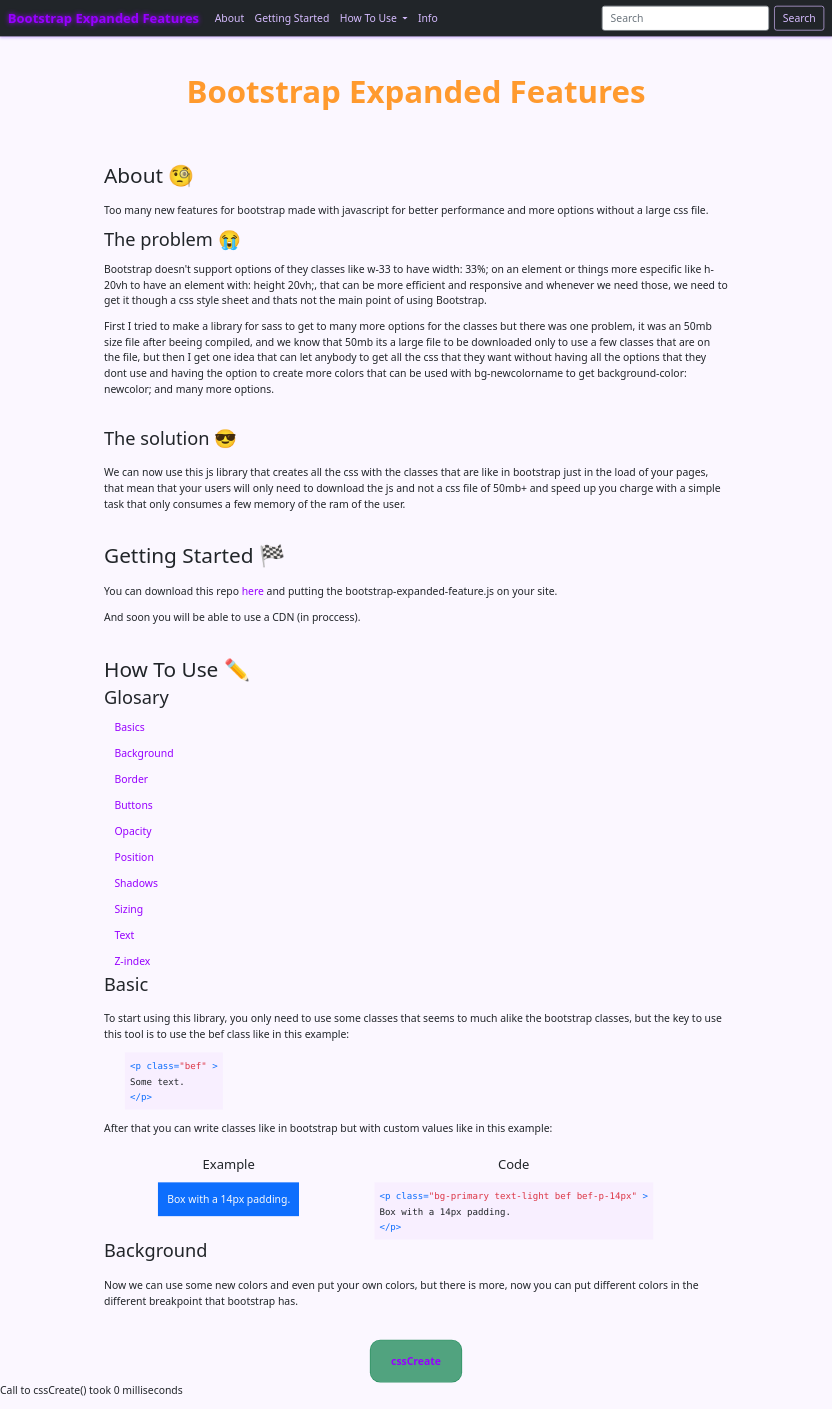
Repository: LynxPardelle/bootstrap-expanded-features
Page: index.html
The author's editor kept a copy of each file at every save. The page is drawn from the files as they stood at one save, then again after the next save.
The browser window is 1280 px wide. The pictures show the whole page, at 65% of full size.

Above is the page before, as saved 2022-01-02 05:42:29.

### index.html
<!DOCTYPE html>
<html lang="es">
  <head>
    <meta charset="UTF-8" />
    <meta http-equiv="X-UA-Compatible" content="IE=edge" />
    <meta name="viewport" content="width=device-width, initial-scale=1.0" />
    <title>Bootstrap Expanded Features</title>
    <link
      href="https://cdn.jsdelivr.net/npm/bootstrap@5.1.3/dist/css/bootstrap.min.css"
      rel="stylesheet"
      integrity="sha384-1BmE4kWBq78iYhFldvKuhfTAU6auU8tT94WrHftjDbrCEXSU1oBoqyl2QvZ6jIW3"
      crossorigin="anonymous"
    />
    <link rel="stylesheet" href="./style.css" />
  </head>
  <body class="bef bef-bg-futurePop__OPA__0_03">
    <header>
      <nav
        class="
          navbar navbar-expand-lg navbar-dark
          bg-dark
          align-items-center
          bef
          bef-boxShadow-0px__2px__4px__lavender
          position-fixed
          top-0
          w-100
        "
      >
        <div class="container-fluid">
          <a
            class="
              navbar-brand
              bef bef-text-futurePop
              fw-bolder
              bef-textShadow-0px__0px__8px__futurePop
            "
            href="#"
            >Bootstrap Expanded Features</a
          >
          <button
            class="navbar-toggler"
            type="button"
            data-bs-toggle="collapse"
            data-bs-target="#navbarSupportedContent"
            aria-controls="navbarSupportedContent"
            aria-expanded="false"
            aria-label="Toggle navigation"
          >
            <span class="navbar-toggler-icon"></span>
          </button>
          <div class="collapse navbar-collapse" id="navbarSupportedContent">
            <ul class="navbar-nav me-auto mb-lg-0">
              <li class="nav-item">
                <a class="nav-link bef bef-text-lavender" href="#about"
                  >About</a
                >
              </li>
              <li class="nav-item">
                <a
                  class="nav-link bef bef-text-lavender"
                  href="#getting_started"
                  >Getting Started</a
                >
              </li>
              <li class="nav-item dropdown">
                <a
                  class="nav-link bef bef-text-lavender dropdown-toggle"
                  href="#howToUse"
                  id="navbarDropdown"
                  role="button"
                  data-bs-toggle="dropdown"
                  aria-expanded="false"
                >
                  How To Use
                </a>
                <ul
                  class="dropdown-menu dropdown-menu-dark"
                  aria-labelledby="navbarDropdown"
                >
                  <li>
                    <a class="dropdown-item bef bef-text-lavender" href="#"
                      >Action</a
                    >
                  </li>
                  <li>
                    <a class="dropdown-item bef bef-text-lavender" href="#"
                      >Another action</a
                    >
                  </li>
                  <li><hr class="dropdown-divider" /></li>
                  <li>
                    <a class="dropdown-item bef bef-text-lavender" href="#"
                      >Something else here</a
                    >
                  </li>
                </ul>
              </li>
              <li class="nav-item">
                <a class="nav-link bef bef-text-lavender" href="#Info">Info</a>
              </li>
            </ul>
            <form class="d-flex">
              <input
                id="searchInput"
                class="form-control me-2"
                type="search"
                placeholder="Search"
                aria-label="Search"
              />
              <button class="btn bef bef-btnOutline-lavender">Search</button>
            </form>
          </div>
        </div>
      </nav>

      <h1
        class="
          text-center
          d-block
          bef bef-w-85vw bef-w-md-75vw bef-fs-2rem bef-fs-md-3rem
          bef-m-7rem__auto__5rem
          bef-text-summer
          fw-bolder
        "
      >
        Bootstrap Expanded Features
      </h1>
    </header>

    <div>
      <main class="bef bef-w-85vw bef-wmx-1000px bef-w-md-75vw mx-auto">
        <!-- ABOUT -->
        <section>
          <a id="about"></a>
          <h2>About 🧐</h2>
          <article>
            <p class="mt-4 mb-3 text-start">
              Too many new features for bootstrap made with javascript for
              better performance and more options without a large css file.
            </p>
          </article>
          <!-- THE_PROBLEM -->
          <article>
            <h3>The problem 😭</h3>
            <p class="my-3 text-start">
              Bootstrap doesn't support options of they classes like w-33 to
              have width: 33%; on an element or things more especific like
              h-20vh to have an element with: height 20vh;, that can be more
              efficient and responsive and whenever we need those, we need to
              get it though a css style sheet and thats not the main point of
              using Bootstrap.
            </p>
            <p class="mt-3 mb-5 text-start">
              First I tried to make a library for sass to get to many more
              options for the classes but there was one problem, it was an 50mb
              size file after beeing compiled, and we know that 50mb its a large
              file to be downloaded only to use a few classes that are on the
              file, but then I get one idea that can let anybody to get all the
              css that they want without having all the options that they dont
              use and having the option to create more colors that can be used
              with bg-newcolorname to get background-color: newcolor; and many
              more options.
            </p>
          </article>
          <!-- THE_SOLUTION -->
          <article>
            <h3>The solution 😎</h3>
            <p class="mt-4 mb-5 text-start">
              We can now use this js library that creates all the css with the
              classes that are like in bootstrap just in the load of your pages,
              that mean that your users will only need to download the js and
              not a css file of 50mb+ and speed up you charge with a simple task
              that only consumes a few memory of the ram of the user.
            </p>
          </article>
        </section>
        <!-- GETTING_STARTED -->
        <section>
          <a id="getting_started"></a>
          <h2>Getting Started 🏁</h2>
          <article>
            <p class="mt-4 mb-3 text-start bef bef-link-futurePop">
              You can download this repo
              <a
                class="text-decoration-none"
                href="https://github.com/LynxPardelle/bootstrap-expanded-features.git"
                target="_blank"
                >here</a
              >
              and putting the bootstrap-expanded-feature.js on your site.
            </p>
            <p class="mt-3 mb-5 text-start bef bef-link-futurePop">
              And soon you will be able to use a CDN (in proccess).
            </p>
          </article>
        </section>
        <!-- HOW_TO_USE -->
        <section>
          <a id="howToUse"></a>
          <h2>How To Use ✏️</h2>
          <article>
            <h3>Glosary</h3>
            <ul class="nav flex-column bef bef-link-futurePop">
              <li class="nav-item">
                <a class="nav-link" href="#basicHTU">Basics</a>
              </li>
              <li class="nav-item">
                <a class="nav-link" href="#backgroundHTU">Background</a>
              </li>
              <li class="nav-item">
                <a class="nav-link" href="#borderHTU">Border</a>
              </li>
              <li class="nav-item">
                <a class="nav-link" href="#buttonsHTU">Buttons</a>
              </li>
              <li class="nav-item">
                <a class="nav-link" href="#opacityHTU">Opacity</a>
              </li>
              <li class="nav-item">
                <a class="nav-link" href="#positionHTU">Position</a>
              </li>
              <li class="nav-item">
                <a class="nav-link" href="#shadowsHTU">Shadows</a>
              </li>
              <li class="nav-item">
                <a class="nav-link" href="#sizingHTU">Sizing</a>
              </li>
              <li class="nav-item">
                <a class="nav-link" href="#textHTU">Text</a>
              </li>
              <li class="nav-item">
                <a class="nav-link" href="#zIndexHTU">Z-index</a>
              </li>
            </ul>
          </article>
          <!-- BASICHTU -->
          <article>
            <a id="basicHTU"></a>
            <h3>Basic</h3>
            <p class="mt-4 mb-3 text-start bef bef-link-futurePop">
              To start using this library, you only need to use some classes
              that seems to much alike the bootstrap classes, but the key to use
              this tool is to use the bef class like in this example:
            </p>
            <p class="d-inline-block p-2 bef bef-m-0rem__2rem bef-bg-futurePop__OPA__0_03">
              <code class="text-dark">
                <span class="text-primary">
                  &#60;p class=<span class="text-danger">"bef"</span> &#62;
                </span>
                <br />
                <span>
                  Some text.
                </span>
                <br />
                <span class="text-primary">
                  &#60;&#47;p&#62;
                </span>
              </code>
            </p>
            <p class="mt-3 mb-3 text-start bef bef-link-futurePop">
              After that you can write classes like in bootstrap but with custom values like in this example:
            </p>
            <div class="d-flex justify-content-evenly">
              <div>
                <h5 class="text-center my-3">Example</h5>
                <p class="bg-primary text-light bef bef-p-14px">
                  Box with a 14px padding.
                </p>
              </div>
              <div>
                <h5 class="text-center my-3">Code</h5>
                <p class="d-inline-block p-2 bef bef-m-0rem__2rem bef-bg-futurePop__OPA__0_03">
                  <code class="text-dark">
                    <span class="text-primary">
                      &#60;p class=<span class="text-danger">"bg-primary text-light bef bef-p-14px"</span> &#62;
                    </span>
                    <br />
                    <span>
                      Box with a 14px padding.
                    </span>
                    <br />
                    <span class="text-primary">
                      &#60;&#47;p&#62;
                    </span>
                  </code>
                </p>
              </div>

            </div>
          </article>
          <article>
            <a id="backgroundHTU"></a>
            <h3>Background</h3>
            <p class="mt-4 mb-5 text-start bef bef-link-futurePop">
              Now we can use some new colors and even put your own colors, but
              there is more, now you can put different colors in the different
              breakpoint that bootstrap has.
            </p>
          </article>
        </section>
      </main>
      <aside></aside>
    </div>

    <footer>
      <a id="#info"></a>
      <button
        class="
          btn
          bef
          bef-btn-success__OPA__0_75
          bef-text-futurePop
          fw-bold
          d-block
          mx-auto
          bef-p-1_25rem__2rem
          bef-rounded-1rem
        "
        onclick="cssCreate()"
      >
        cssCreate
      </button>

      <div id="befTimer"></div>
    </footer>

    <!-- TABS
      <nav>
              <div class="nav nav-tabs" id="nav-tab" role="tablist">
                <button
                  class="
                    nav-link
                    active
                    bef bef-text-futurePop bef-textHover-lavender
                    bef-bg-futurePop__OPA__0_03
                  "
                  id="nav-background-tab"
                  data-bs-toggle="tab"
                  data-bs-target="#nav-background"
                  type="button"
                  role="tab"
                  aria-controls="nav-background"
                  aria-selected="false"
                >
                  Background
                </button>
                <button
                  class="
                    nav-link
                    bef bef-text-dark bef-textHover-lavender
                    bef-bg-futurePop__OPA__0
                  "
                  id="nav-border-tab"
                  data-bs-toggle="tab"
                  data-bs-target="#nav-border"
                  type="button"
                  role="tab"
                  aria-controls="nav-border"
                  aria-selected="false"
                >
                  Border
                </button>
                <button
                  class="
                    nav-link
                    bef bef-text-dark bef-textHover-lavender
                    bef-bg-futurePop__OPA__0
                  "
                  id="nav-buttons-tab"
                  data-bs-toggle="tab"
                  data-bs-target="#nav-buttons"
                  type="button"
                  role="tab"
                  aria-controls="nav-buttons"
                  aria-selected="false"
                >
                  Buttons
                </button>
                <button
                  class="
                    nav-link
                    bef bef-text-dark bef-textHover-lavender
                    bef-bg-futurePop__OPA__0
                  "
                  id="nav-opacity-tab"
                  data-bs-toggle="tab"
                  data-bs-target="#nav-opacity"
                  type="button"
                  role="tab"
                  aria-controls="nav-opacity"
                  aria-selected="false"
                >
                  Opacity
                </button>
                <button
                  class="
                    nav-link
                    bef bef-text-dark bef-textHover-lavender
                    bef-bg-futurePop__OPA__0
                  "
                  id="nav-position-tab"
                  data-bs-toggle="tab"
                  data-bs-target="#nav-position"
                  type="button"
                  role="tab"
                  aria-controls="nav-position"
                  aria-selected="false"
                >
                  Position
                </button>
                <button
                  class="
                    nav-link
                    bef bef-text-dark bef-textHover-lavender
                    bef-bg-futurePop__OPA__0
                  "
                  id="nav-shadows-tab"
                  data-bs-toggle="tab"
                  data-bs-target="#nav-shadows"
                  type="button"
                  role="tab"
                  aria-controls="nav-shadows"
                  aria-selected="false"
                >
                  Shadows
                </button>
                <button
                  class="
                    nav-link
                    bef bef-text-dark bef-textHover-lavender
                    bef-bg-futurePop__OPA__0
                  "
                  id="nav-sizing-tab"
                  data-bs-toggle="tab"
                  data-bs-target="#nav-sizing"
                  type="button"
                  role="tab"
                  aria-controls="nav-sizing"
                  aria-selected="true"
                >
                  Sizing
                </button>
                <button
                  class="
                    nav-link
                    bef bef-text-dark bef-textHover-lavender
                    bef-bg-futurePop__OPA__0
                  "
                  id="nav-text-tab"
                  data-bs-toggle="tab"
                  data-bs-target="#nav-text"
                  type="button"
                  role="tab"
                  aria-controls="nav-text"
                  aria-selected="false"
                >
                  Text
                </button>
                <button
                  class="
                    nav-link
                    bef bef-text-dark bef-textHover-lavender
                    bef-bg-futurePop__OPA__0
                  "
                  id="nav-z-index-tab"
                  data-bs-toggle="tab"
                  data-bs-target="#nav-z-index"
                  type="button"
                  role="tab"
                  aria-controls="nav-z-index"
                  aria-selected="false"
                >
                  Z-index
                </button>
              </div>
            </nav>
            <div class="tab-content" id="nav-tabContent">
              <div
                class="tab-pane fade show active mt-3 mb-5"
                id="nav-background"
                role="tabpanel"
                aria-labelledby="nav-background-tab"
              >
                <h3 class="text-center">Background</h3>

                <p>
                  Now we can use some new colors and even put your own colors,
                  but there is more, now you can put diferent colors in the
                  diferent breakpoint that bootstrap has.
                </p>
              </div>
              <div
                class="tab-pane fade"
                id="nav-border"
                role="tabpanel"
                aria-labelledby="nav-border-tab"
              >
                Border
              </div>
              <div
                class="tab-pane fade"
                id="nav-buttons"
                role="tabpanel"
                aria-labelledby="nav-buttons-tab"
              >
                Buttons
              </div>
              <div
                class="tab-pane fade"
                id="nav-opacity"
                role="tabpanel"
                aria-labelledby="nav-opacity-tab"
              >
                Opacity
              </div>
              <div
                class="tab-pane fade"
                id="nav-position"
                role="tabpanel"
                aria-labelledby="nav-position-tab"
              >
                Position
              </div>
              <div
                class="tab-pane fade"
                id="nav-shadows"
                role="tabpanel"
                aria-labelledby="nav-shadows-tab"
              >
                Shadows
              </div>
              <div
                class="tab-pane fade"
                id="nav-sizing"
                role="tabpanel"
                aria-labelledby="nav-sizing-tab"
              >
                Sizing
              </div>
              <div
                class="tab-pane fade"
                id="nav-text"
                role="tabpanel"
                aria-labelledby="nav-text-tab"
              >
                Text
              </div>
              <div
                class="tab-pane fade"
                id="nav-z-index"
                role="tabpanel"
                aria-labelledby="nav-z-index-tab"
              >
                Z-Index
              </div>
            </div>
-->

    <!--
Classes:
w width
h height
wmx max-width
hmx max-height
wmn min-width
hmn min-height
rounded border-radius
z z-index
opacity opacity
top top
bottom bottom
end left
start right
fs font-size
lh line-height
gap gap
p padding
m margin
border border-width
borderStyle border-style

bg background-color
text color
link a color
borderColor border-color
btn background-color border-color box-shadow
btnOutline border-color box-shadow
boxShadow box-shadow
textShadow text-shadow

Sides:
s left
e right
t top
b bottom
x left & right
y top & bottom

BreakPoints:
sm 576
md 768
lg 992
xl 1200
xxl 1400
-->
    <script
      src="https://cdn.jsdelivr.net/npm/bootstrap@5.1.3/dist/js/bootstrap.bundle.min.js"
      integrity="sha384-ka7Sk0Gln4gmtz2MlQnikT1wXgYsOg+OMhuP+IlRH9sENBO0LRn5q+8nbTov4+1p"
      crossorigin="anonymous"
    ></script>
    <script>
      var colors = {
        monster: "#00AA00",
        futurePop: "#9700FF",
      };
    </script>
    <script src="./bootstrap-expanded-features.js"></script>
    <script src="./bef-example-page.js"></script>
  </body>
</html>

### bef-example-page.js
"use strict";
var tabBackground = bootstrap.Tab.getOrCreateInstance(
  document.getElementById("nav-background")
); // Returns a Bootstrap tab instance
var tabButtonBackground = document.getElementById("nav-background-tab");
var tabBorder = bootstrap.Tab.getOrCreateInstance(
  document.getElementById("nav-border")
); // Returns a Bootstrap tab instance
var tabButtonBorder = document.getElementById("nav-border-tab");
var tabButtons = bootstrap.Tab.getOrCreateInstance(
  document.getElementById("nav-buttons")
); // Returns a Bootstrap tab instance
var tabButtonButtons = document.getElementById("nav-buttons-tab");
var tabOpacity = bootstrap.Tab.getOrCreateInstance(
  document.getElementById("nav-opacity")
); // Returns a Bootstrap tab instance
var tabButtonOpacity = document.getElementById("nav-opacity-tab");
var tabPosition = bootstrap.Tab.getOrCreateInstance(
  document.getElementById("nav-position")
); // Returns a Bootstrap tab instance
var tabButtonPosition = document.getElementById("nav-position-tab");
var tabShadows = bootstrap.Tab.getOrCreateInstance(
  document.getElementById("nav-shadows")
); // Returns a Bootstrap tab instance
var tabButtonShadows = document.getElementById("nav-shadows-tab");
var tabSizing = bootstrap.Tab.getOrCreateInstance(
  document.getElementById("nav-sizing")
); // Returns a Bootstrap tab instance
var tabButtonSizing = document.getElementById("nav-sizing-tab");
var tabText = bootstrap.Tab.getOrCreateInstance(
  document.getElementById("nav-text")
); // Returns a Bootstrap tab instance
var tabButtonText = document.getElementById("nav-text-tab");
var tabZIndex = bootstrap.Tab.getOrCreateInstance(
  document.getElementById("nav-z-index")
); // Returns a Bootstrap tab instance
var tabButtonZIndex = document.getElementById("nav-z-index-tab");

var tabEls = document.querySelectorAll('button[data-bs-toggle="tab"]');
for (let tabEl of tabEls) {
  console.log(tabEl);
  tabEl.addEventListener("shown.bs.tab", function (event) {
    // newly activated tab
    event.target;
    if (event.target.classList.contains("bef-text-dark")) {
      event.target.classList.remove("bef-text-dark");
    }
    if (event.target.classList.contains("bef-bg-futurePop__OPA__0")) {
      event.target.classList.remove("bef-bg-futurePop__OPA__0");
    }
    event.target.classList.add("bef-text-futurePop");
    event.target.classList.add("bef-bg-futurePop__OPA__0_03");
    // previous active tab
    event.relatedTarget;
    if (event.target.classList.contains("bef-text-futurePop")) {
      event.relatedTarget.classList.remove("bef-text-futurePop");
    }
    if (event.target.classList.contains("bef-bg-futurePop__OPA__0_03")) {
      event.relatedTarget.classList.remove("bef-bg-futurePop__OPA__0_03");
    }
    event.relatedTarget.classList.add("bef-text-dark");
    event.relatedTarget.classList.add("bef-bg-futurePop__OPA__0");
  });
}

Loaded but not shown: bootstrap-expanded-features.js (library); style.css (no stored copy; drawn as an empty file)

After the next save:
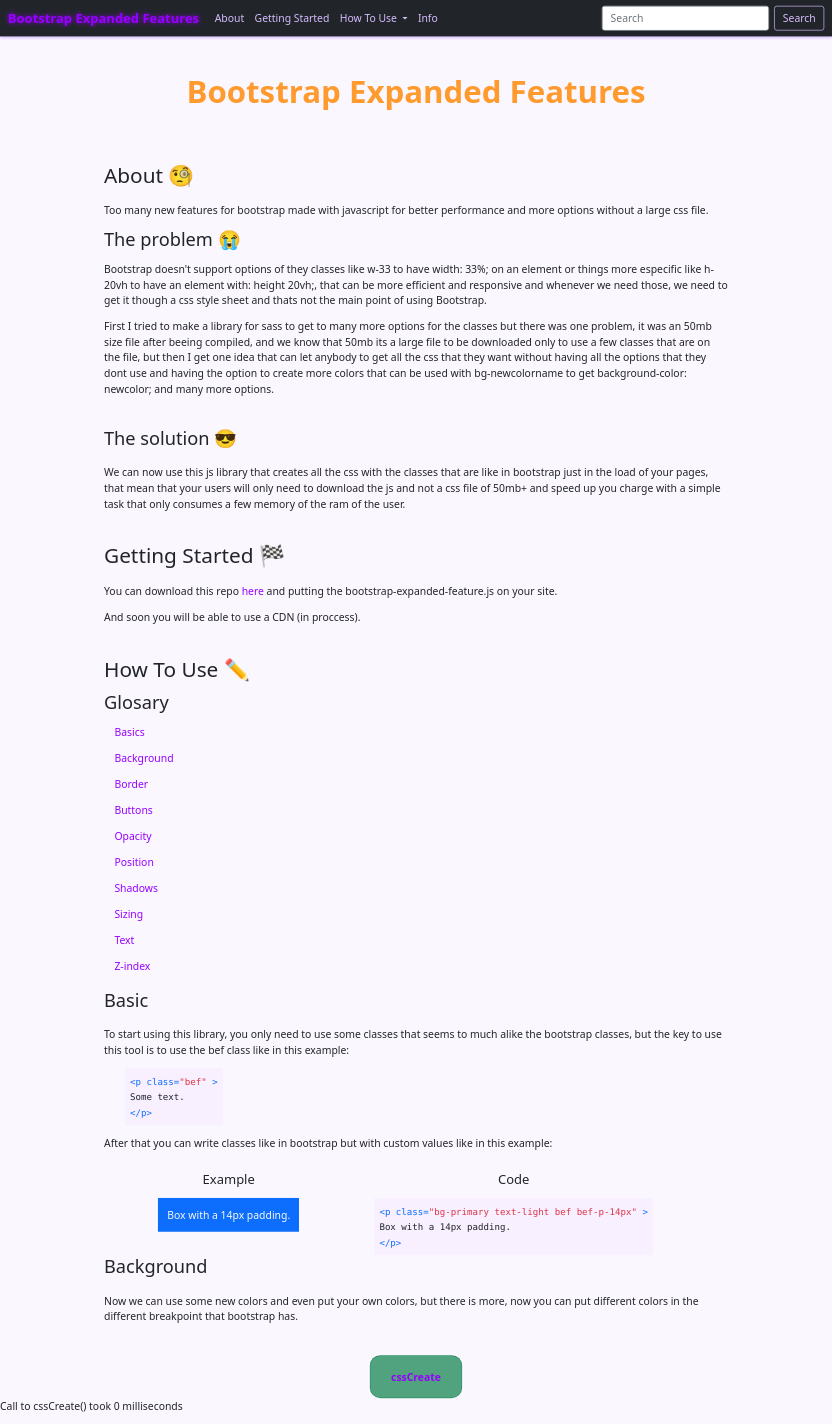
Saved 40 s later.
--- a/index.html
+++ b/index.html
@@ -199,7 +199,7 @@
         <section>
           <a id="howToUse"></a>
           <h2>How To Use ✏️</h2>
-          <article>
+          <article class="my-3">
             <h3>Glosary</h3>
             <ul class="nav flex-column bef bef-link-futurePop">
               <li class="nav-item">
